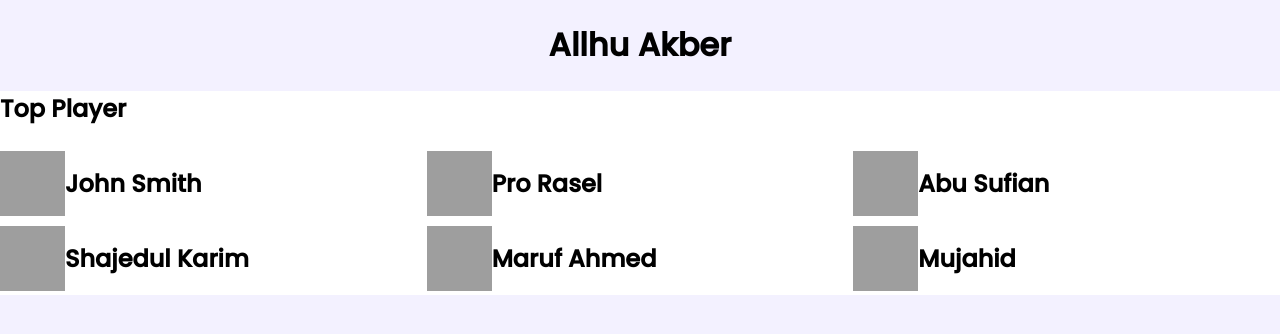
Repository: zjria/leader-board
Page: index.html
The author's editor kept a copy of each file at every save. The page is drawn from the files as they stood at one save, then again after the next save.
The browser window is 1280 px wide. The pictures show the whole page.
Pictures or frames that could not be fetched are drawn as grey boxes.

Above is the page before, as saved 2022-09-03 09:12:10.

After the next save:
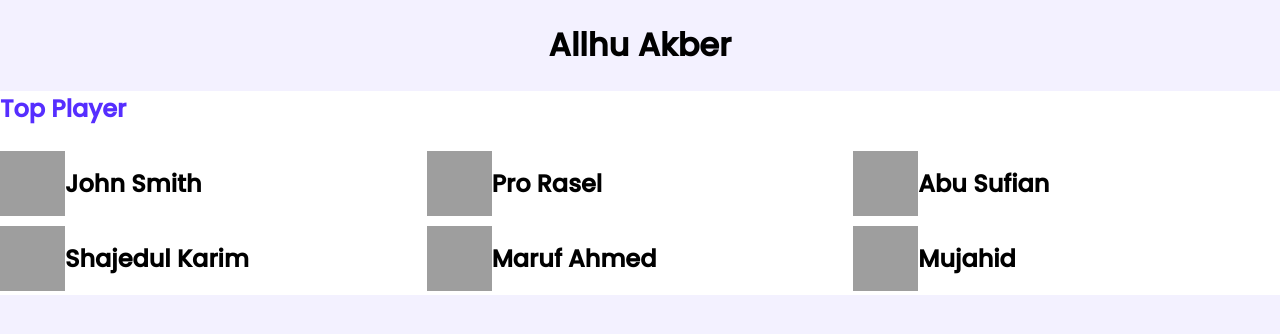
Saved 25 s later.
--- a/style/style.css
+++ b/style/style.css
@@ -17,6 +17,10 @@ body {
 
 
 /* Top Players Section */
+.section-title {
+    color: #562EFF;
+}
+
 .container {
     background-color: #FFFFFF;
 }
